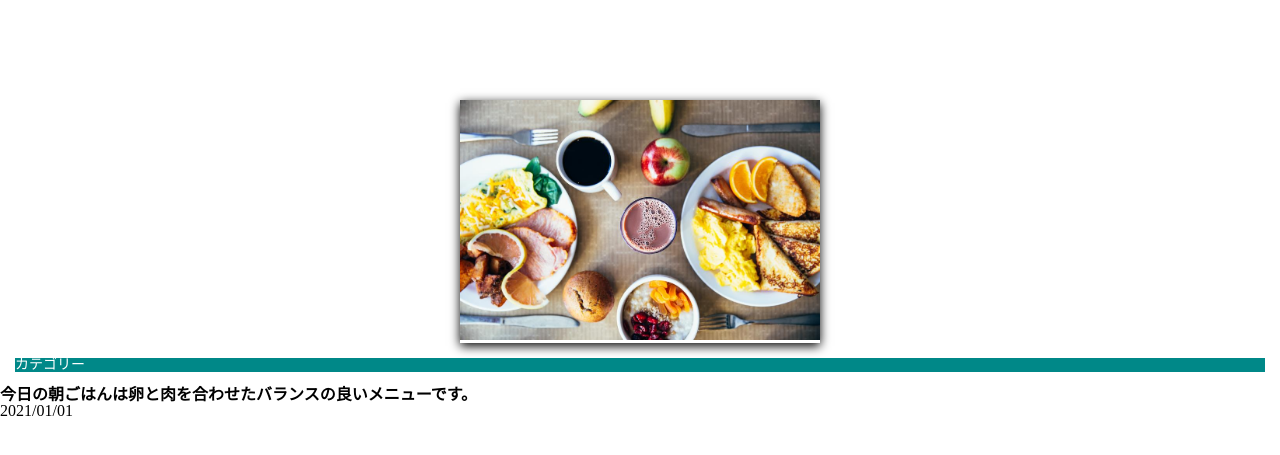
Repository: yosuke257/20231104_watanabe_css
Page: coachtech/html-css/index.html
The author's editor kept a copy of each file at every save. The page is drawn from the files as they stood at one save, then again after the next save.
The browser window is 1280 px wide. The pictures show the whole page.

Above is the page before, as saved 2023-10-23 00:21:35.

### coachtech/html-css/index.html
<!DOCTYPE html>
<html lang="ja">

<head>
    <meta charset="UTF-8">
    <meta name="viewport" content="width=device-width, initial-scale=1.0">
    <title>Document</title>
    <link rel="stylesheet" href="css/style.css" />
    <link rel="stylesheet" href="css/reset.css" />
</head>

<body>
    <div class="card">
        <div class="card__img">
            <img src="img/card.jpg" alt="">
        </div>
    </div>

    <div class="card__content">
        <div class="card__content-cat">カテゴリー</div>
        <h2 class="card__content-ttl">
            今日の朝ごはんは卵と肉を合わせたバランスの良いメニューです。
        </h2>
        <div class="card__content-tag">
            <p class="card__content-tag-item"></p>
            <p class="card__content-tag-item card__content-tag-item--last">2021/01/01</p>
        </div>
    </div>

</body>

</html>

### coachtech/html-css/css/style.css
.card {
    width: 360px;
    margin: 100px auto 0;
    box-shadow: 0px 3px 10px rgba(0, 0, 0, 2);
}

.card__img img {
    width: 100%;
}

.card__content-cat {
    font-size: 14px;
    background-color: #008888;
    color: #fff;
    margin: 15px;

}

### coachtech/html-css/css/reset.css
 /*
html5doctor.com Reset Stylesheet
v1.6.1
Last Updated: 2010-09-17
Author: Richard Clark - http://richclarkdesign.com
Twitter: @rich_clark
*/

 html,
 body,
 div,
 span,
 object,
 iframe,
 h1,
 h2,
 h3,
 h4,
 h5,
 h6,
 p,
 blockquote,
 pre,
 abbr,
 address,
 cite,
 code,
 del,
 dfn,
 em,
 img,
 ins,
 kbd,
 q,
 samp,
 small,
 strong,
 sub,
 sup,
 var,
 b,
 i,
 dl,
 dt,
 dd,
 ol,
 ul,
 li,
 fieldset,
 form,
 label,
 legend,
 table,
 caption,
 tbody,
 tfoot,
 thead,
 tr,
 th,
 td,
 article,
 aside,
 canvas,
 details,
 figcaption,
 figure,
 footer,
 header,
 hgroup,
 menu,
 nav,
 section,
 summary,
 time,
 mark,
 audio,
 video {
     margin: 0;
     padding: 0;
     border: 0;
     outline: 0;
     font-size: 100%;
     vertical-align: baseline;
     background: transparent;
 }

 body {
     line-height: 1;
 }

 article,
 aside,
 details,
 figcaption,
 figure,
 footer,
 header,
 hgroup,
 menu,
 nav,
 section {
     display: block;
 }

 nav ul {
     list-style: none;
 }

 blockquote,
 q {
     quotes: none;
 }

 blockquote:before,
 blockquote:after,
 q:before,
 q:after {
     content: '';
     content: none;
 }

 a {
     margin: 0;
     padding: 0;
     font-size: 100%;
     vertical-align: baseline;
     background: transparent;
 }

 /* change colours to suit your needs */
 ins {
     background-color: #ff9;
     color: #000;
     text-decoration: none;
 }

 /* change colours to suit your needs */
 mark {
     background-color: #ff9;
     color: #000;
     font-style: italic;
     font-weight: bold;
 }

 del {
     text-decoration: line-through;
 }

 abbr[title],
 dfn[title] {
     border-bottom: 1px dotted;
     cursor: help;
 }

 table {
     border-collapse: collapse;
     border-spacing: 0;
 }

 /* change border colour to suit your needs */
 hr {
     display: block;
     height: 1px;
     border: 0;
     border-top: 1px solid #cccccc;
     margin: 1em 0;
     padding: 0;
 }

 input,
 select {
     vertical-align: middle;
 }

After the next save:
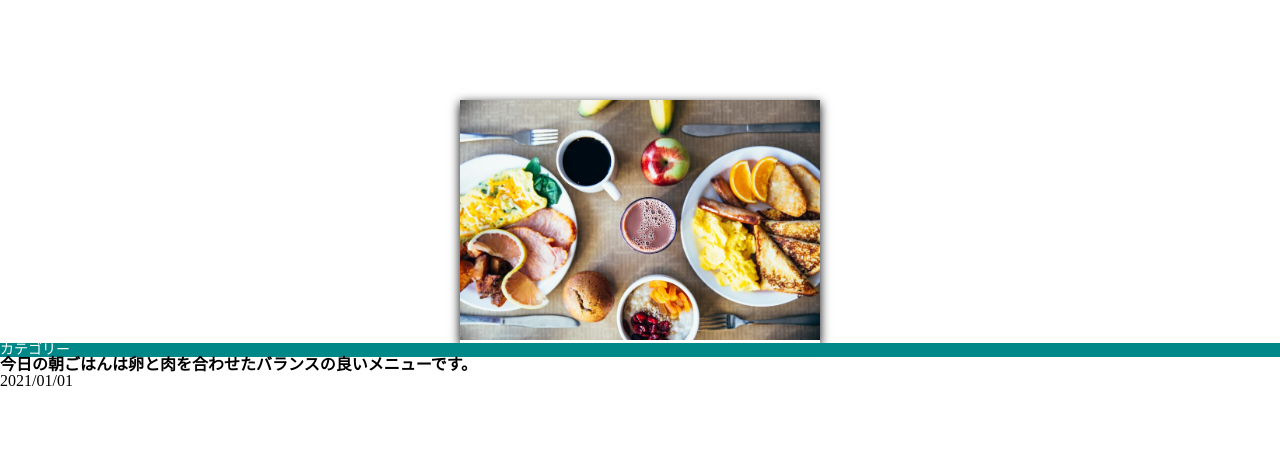
Saved 43 s later.
--- a/coachtech/html-css/css/style.css
+++ b/coachtech/html-css/css/style.css
@@ -12,6 +12,6 @@
     font-size: 14px;
     background-color: #008888;
     color: #fff;
-    margin: 15px;
+    margin: ;
 
 }

After the save that followed:
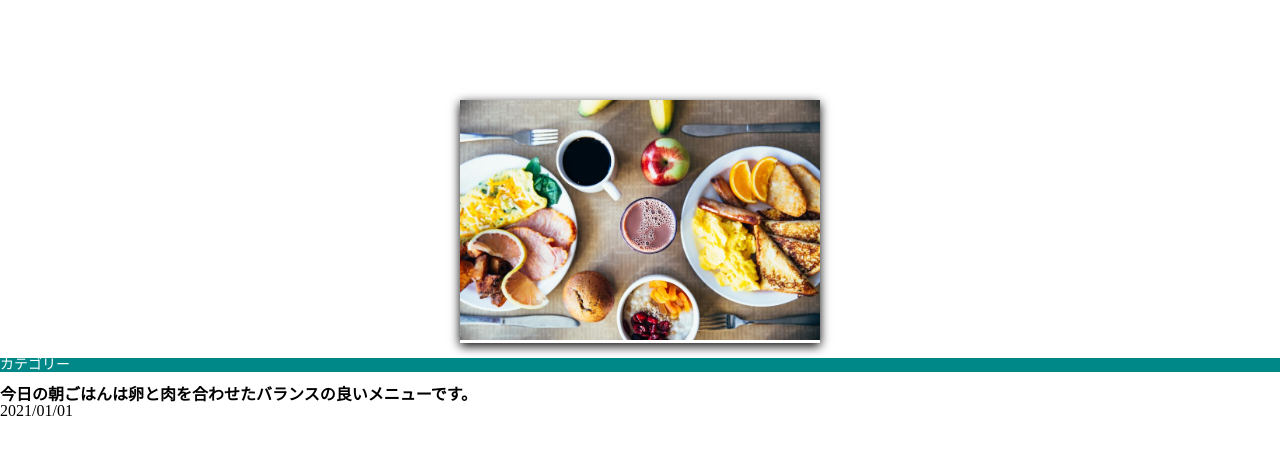
Saved 69 s later.
--- a/coachtech/html-css/css/style.css
+++ b/coachtech/html-css/css/style.css
@@ -12,6 +12,6 @@
     font-size: 14px;
     background-color: #008888;
     color: #fff;
-    margin: ;
+    margin: 15px 0 15px 0;
 
 }
